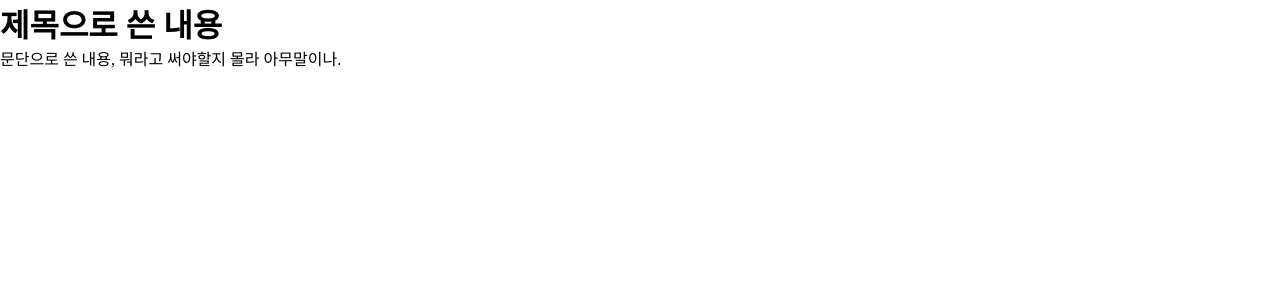
Repository: Axing00/SCSS
Page: test/index.html
These files come from the project's save history. The page is drawn as it stood at one moment and after the next save; the edit follows.
The browser window is 1280 px wide. The pictures show the whole page.
The style sheet was rebuilt from its Sass, Less or Tailwind sources for each picture, by a compiler version that may differ from the author's.

Above is the page before, as saved 2023-03-20 11:34:33.

### test/index.html
<!DOCTYPE html>
<html lang="ko">

<head>
	<meta charset="UTF-8">
	<meta http-equiv="X-UA-Compatible" content="IE=edge">
	<meta name="viewport" content="width=device-width, initial-scale=1.0">
	<link rel="stylesheet" href="css/main.css">
	<title>scss test</title>
</head>

<body>
	<div class="container">
		<h1>제목으로 쓴 내용</h1>
		<p>
			문단으로 쓴 내용, 뭐라고 써야할지 몰라
			<span>아무말</span>이나.
		</p>
	</div>
</body>

</html>

### test/style/main.scss

*{
	margin: 0;
	padding:0;
}

After the next save:
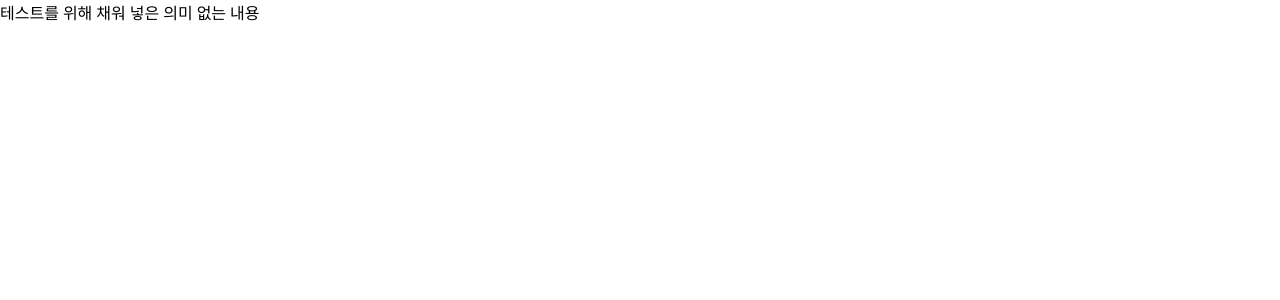
Saved 10 s later.
--- a/test/index.html
+++ b/test/index.html
@@ -10,13 +10,7 @@
 </head>
 
 <body>
-	<div class="container">
-		<h1>제목으로 쓴 내용</h1>
-		<p>
-			문단으로 쓴 내용, 뭐라고 써야할지 몰라
-			<span>아무말</span>이나.
-		</p>
-	</div>
+	<p>테스트를 위해 채워 넣은 의미 없는 내용</p>
 </body>
 
 </html>
